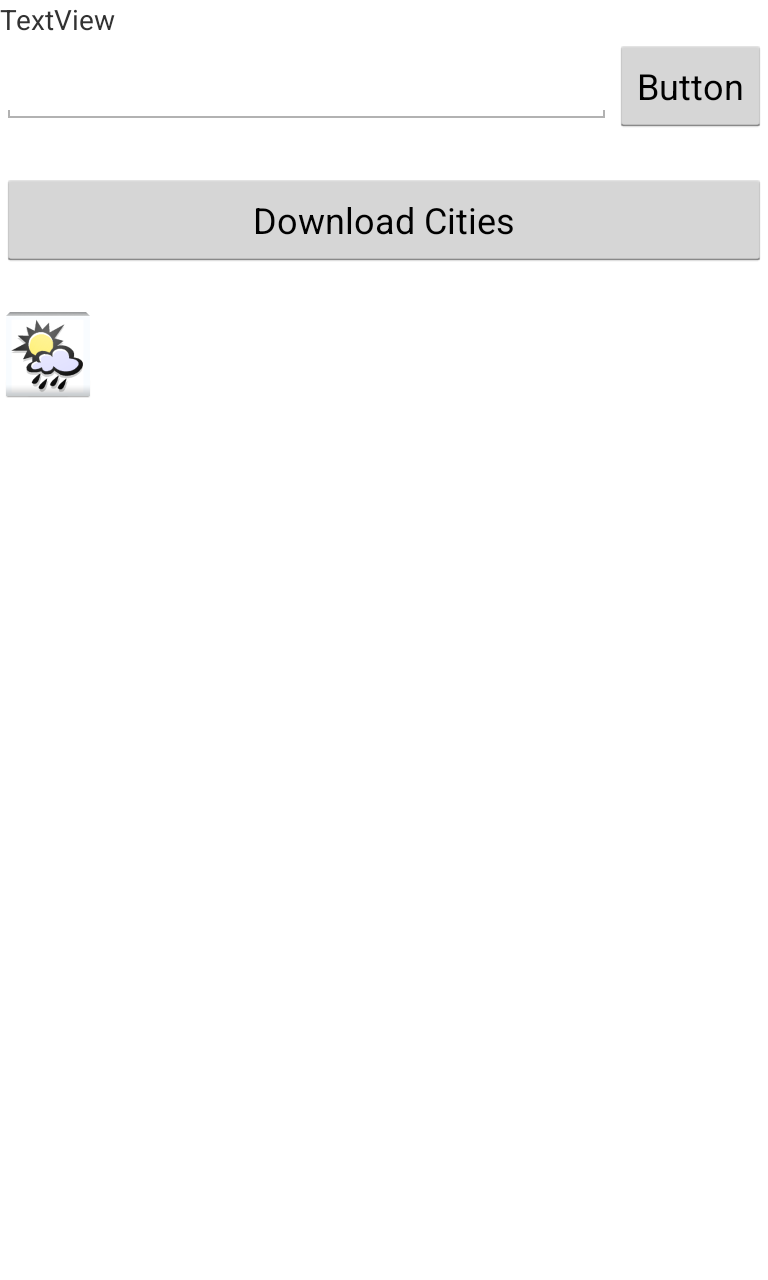
Repository: vinny1575/Java1
Layout: TempCalc20/res/layout/form.xml
The author's editor kept a copy of each file at every save. The layout is drawn from the files as they stood at one save, then again after the next save.
It is drawn on a 768 x 1280 px phone screen (xhdpi) without system bars, with theme AppTheme; the app's code is not run.

Above is the layout before, as saved 2013-05-02 11:55:47.

After the next save:
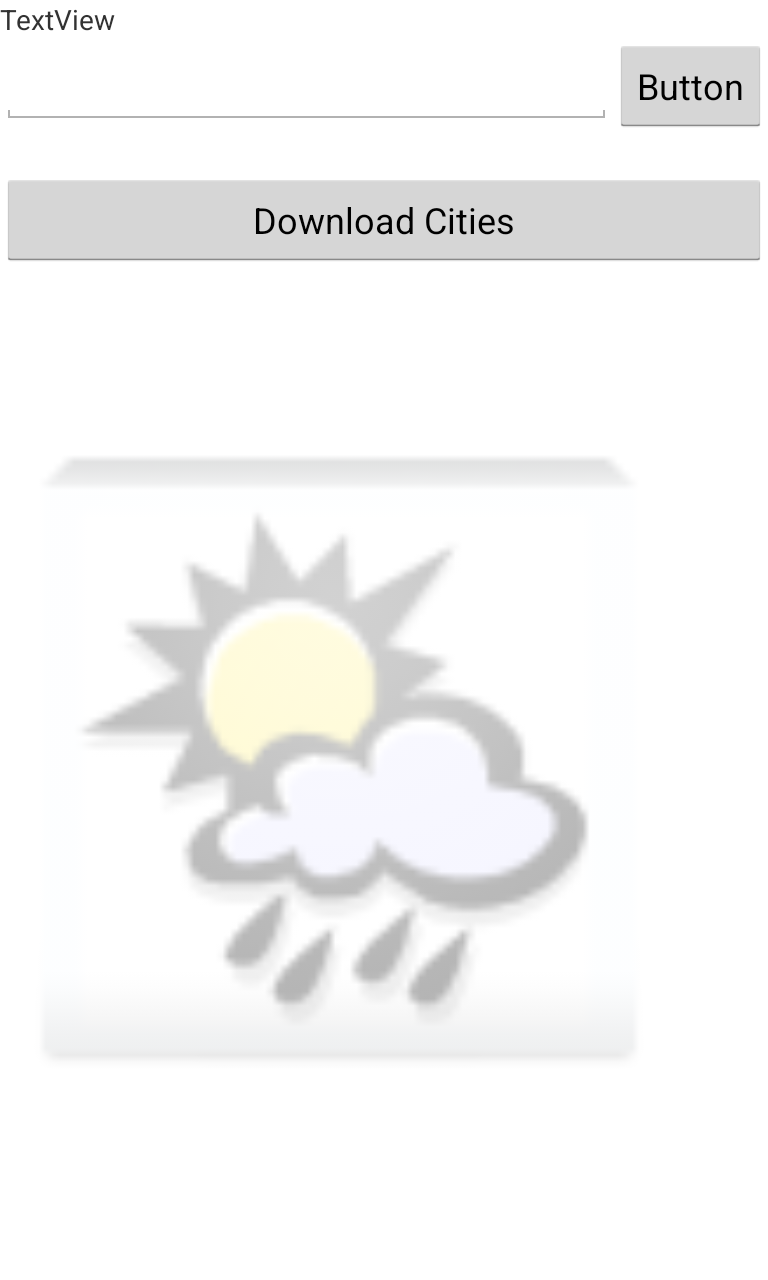
Saved 4 min 46 s later.
--- a/TempCalc20/res/layout/form.xml
+++ b/TempCalc20/res/layout/form.xml
@@ -26,7 +26,6 @@
             android:layout_width="wrap_content"
             android:layout_height="wrap_content"
             android:text="Button" />
-
     </LinearLayout>
 
     <TextView
@@ -41,16 +40,18 @@
         android:layout_height="wrap_content"
         android:text="Download Cities" />
 
+    <ImageView
+        android:id="@+id/imageView1"
+        android:layout_width="339dp"
+        android:layout_height="wrap_content"
+        android:layout_weight="1.42"
+        android:alpha=".3"
+        android:src="@drawable/weather" />
+
     <TextView
         android:id="@+id/textView3"
         android:layout_width="wrap_content"
         android:layout_height="wrap_content"
         android:text="" />
 
-    <ImageView
-        android:id="@+id/imageView1"
-        android:layout_width="wrap_content"
-        android:layout_height="wrap_content"
-        android:src="@drawable/weather" />
-
 </LinearLayout>

After the save that followed:
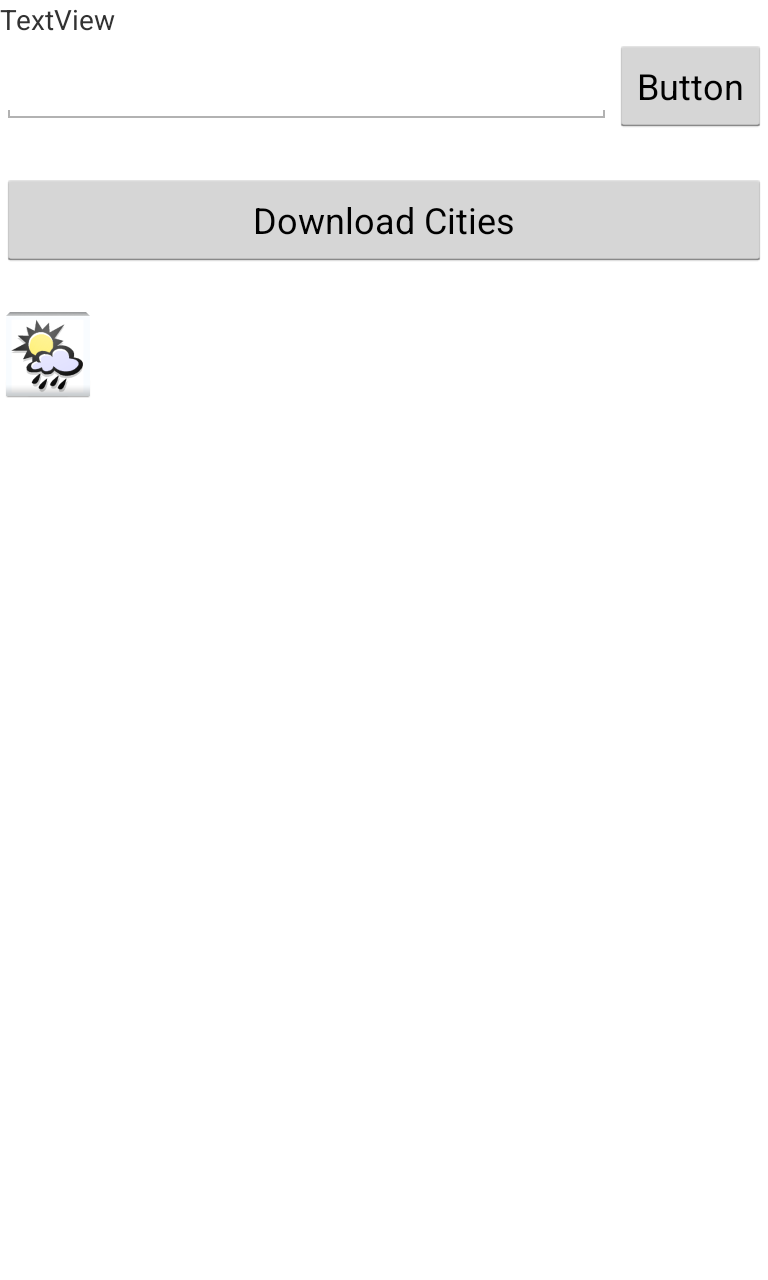
Saved 34 s later.
--- a/TempCalc20/res/layout/form.xml
+++ b/TempCalc20/res/layout/form.xml
@@ -26,6 +26,7 @@
             android:layout_width="wrap_content"
             android:layout_height="wrap_content"
             android:text="Button" />
+
     </LinearLayout>
 
     <TextView
@@ -40,18 +41,16 @@
         android:layout_height="wrap_content"
         android:text="Download Cities" />
 
-    <ImageView
-        android:id="@+id/imageView1"
-        android:layout_width="339dp"
-        android:layout_height="wrap_content"
-        android:layout_weight="1.42"
-        android:alpha=".3"
-        android:src="@drawable/weather" />
-
     <TextView
         android:id="@+id/textView3"
         android:layout_width="wrap_content"
         android:layout_height="wrap_content"
         android:text="" />
 
+    <ImageView
+        android:id="@+id/imageView1"
+        android:layout_width="wrap_content"
+        android:layout_height="wrap_content"
+        android:src="@drawable/weather" />
+
 </LinearLayout>
